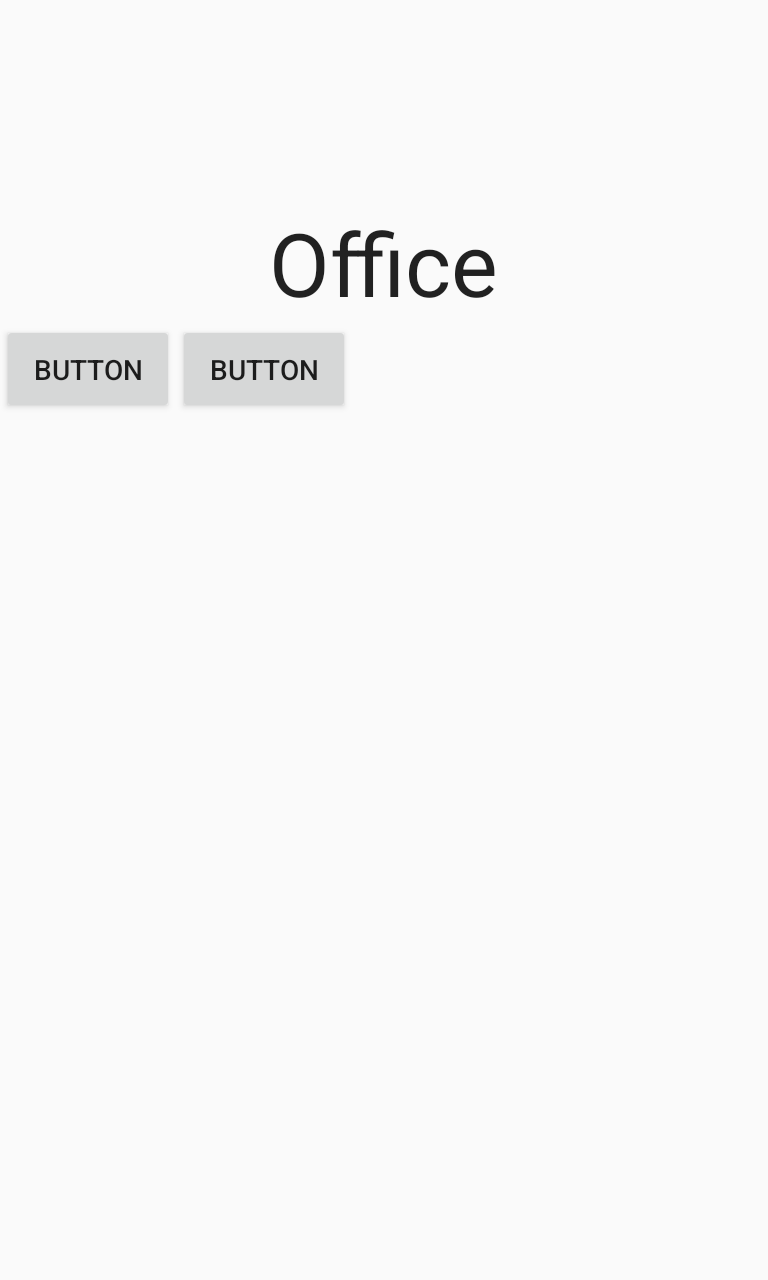
Repository: hessfr/contextRecognition
Layout: androidProjects/ContextRecognition/res/layout/activity_main.xml
An editor plug-in stored every save of this project. The layout is shown before and after the next save, followed by the edit.
It is drawn on a 768 x 1280 px phone screen (xhdpi) without system bars, with theme AppTheme; the app's code is not run.

Above is the layout before, as saved 2014-05-30 07:04:09.

### androidProjects/ContextRecognition/res/layout/activity_main.xml
<LinearLayout xmlns:android="http://schemas.android.com/apk/res/android"
    xmlns:tools="http://schemas.android.com/tools"
    android:id="@+id/container"
    android:layout_width="match_parent"
    android:layout_height="match_parent"
    android:orientation="vertical"
    tools:context="com.example.contextrecognition.MainActivity"
    tools:ignore="MergeRootFrame" >

    <RelativeLayout
        android:layout_width="match_parent"
        android:layout_height="263dp" >

        <TextView
            android:id="@+id/textView1"
            android:layout_width="wrap_content"
            android:layout_height="wrap_content"
            android:layout_centerInParent="true"
            android:text="Office"
            android:textAppearance="?android:attr/textAppearanceLarge"
            android:textSize="44sp" />

        <RelativeLayout
            android:layout_width="match_parent"
            android:layout_height="match_parent"
            android:layout_centerHorizontal="true"
            android:layout_below="@+id/textView1" >

            <LinearLayout
	        android:layout_width="wrap_content"
	        android:layout_height="wrap_content"
	        android:orientation="horizontal"
	        android:layout_centerHorizontal="True" >

                <Button
	                android:id="@+id/button2"
	                android:layout_width="wrap_content"
	                android:layout_height="wrap_content"
	                android:layout_alignParentRight="true"
	                android:layout_alignParentTop="true"
	                android:text="Button" />

            	<Button
	                android:id="@+id/button2"
	                android:layout_width="wrap_content"
	                android:layout_height="wrap_content"
	                android:layout_alignParentLeft="true"
	                android:layout_alignParentTop="true"
	                android:text="Button" />

	    	</LinearLayout>


        </RelativeLayout>

    </RelativeLayout>



</LinearLayout>

Loaded but not shown: androidProjects/ContextRecognition/res/values/styles.xml (common file); androidProjects/ContextRecognition/res/values-v11/styles.xml (common file); androidProjects/ContextRecognition/res/values-v14/styles.xml (common file)

After the next save:
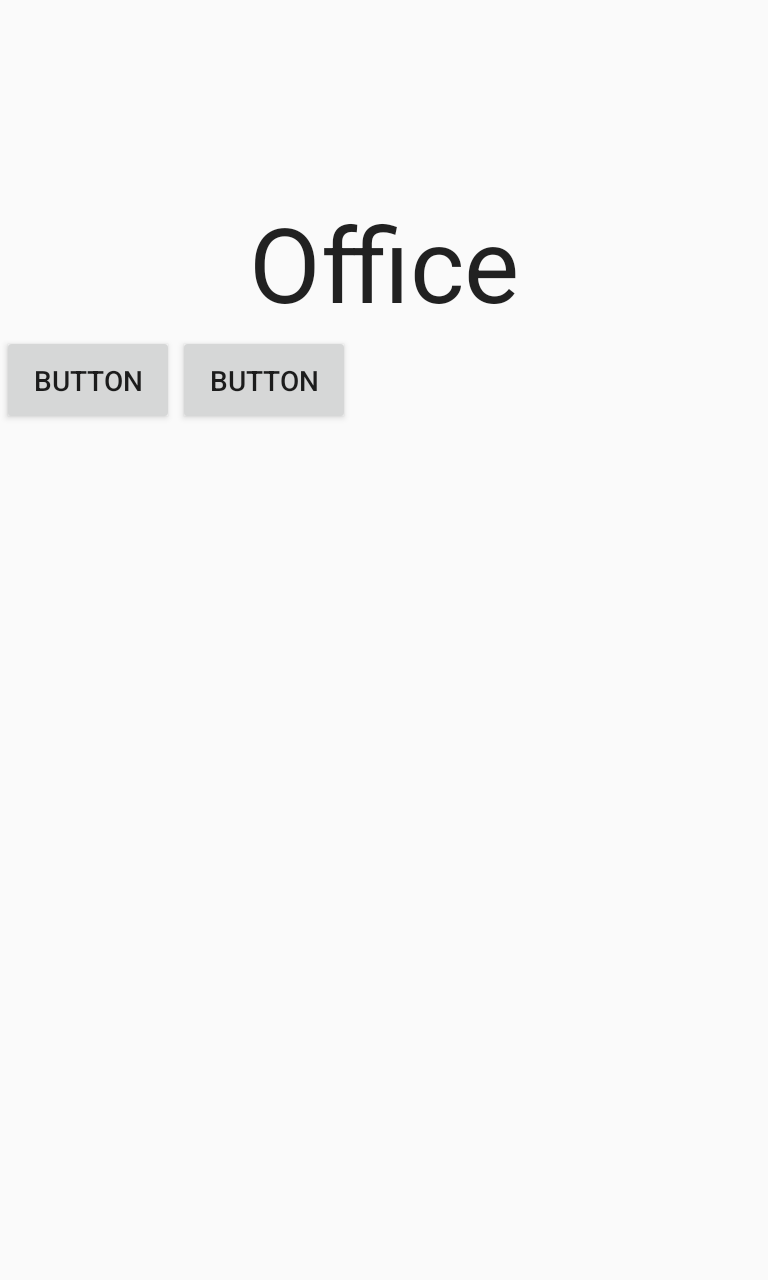
Saved 49 s later.
--- a/androidProjects/ContextRecognition/res/layout/activity_main.xml
+++ b/androidProjects/ContextRecognition/res/layout/activity_main.xml
@@ -18,7 +18,7 @@
             android:layout_centerInParent="true"
             android:text="Office"
             android:textAppearance="?android:attr/textAppearanceLarge"
-            android:textSize="44sp" />
+            android:textSize="52sp" />
 
         <RelativeLayout
             android:layout_width="match_parent"
